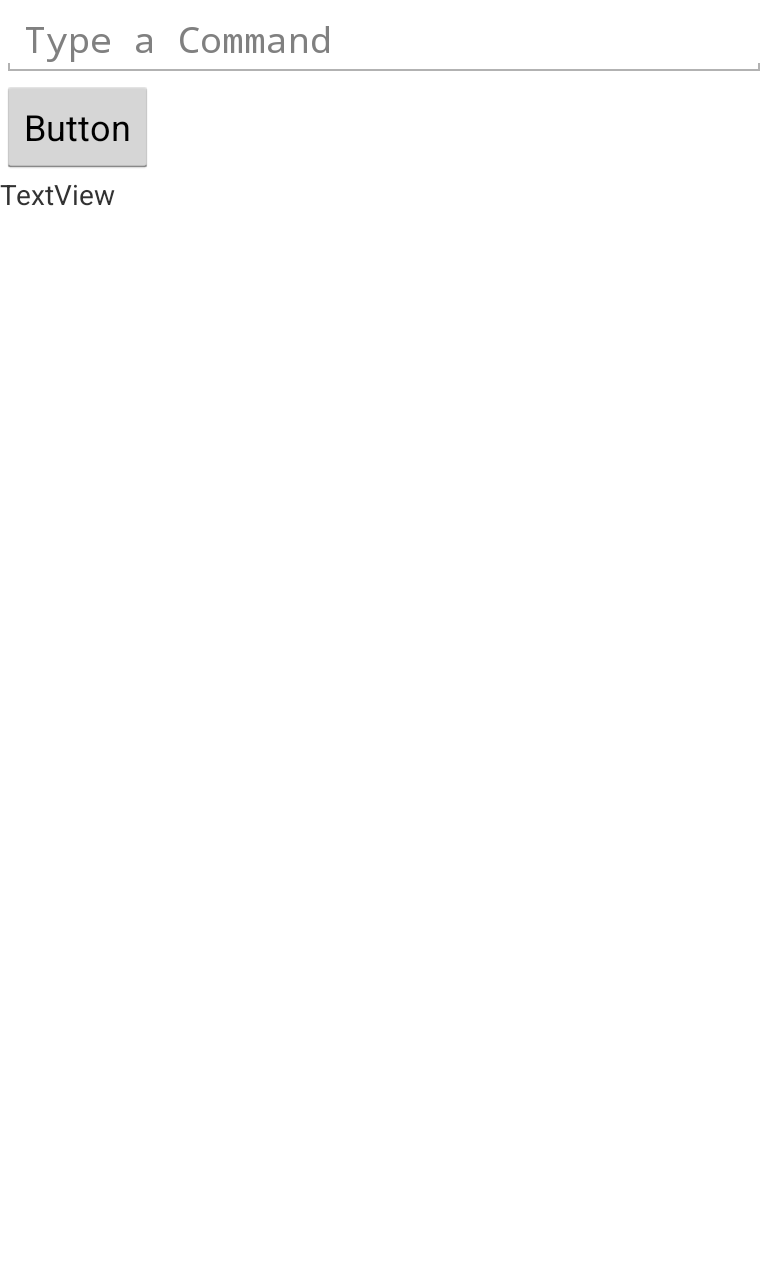
Repository: lcbasu/android
Layout: adt/TheNewBoston/res/layout/text.xml
An editor plug-in stored every save of this project. The layout is shown before and after the next save, followed by the edit.
It is drawn on a 768 x 1280 px phone screen (xhdpi) without system bars, with theme AppTheme; the app's code is not run.

Above is the layout before, as saved 2014-05-19 05:49:34.

### adt/TheNewBoston/res/layout/text.xml
<?xml version="1.0" encoding="utf-8"?>
<LinearLayout xmlns:android="http://schemas.android.com/apk/res/android"
    android:layout_width="match_parent"
    android:layout_height="match_parent"
    android:orientation="vertical" >

    <EditText
        android:id="@+id/etCommands"
        android:layout_width="fill_parent"
        android:layout_height="wrap_content"
        android:hint="Type a Command"
        android:password="true" />

    <Button
        android:id="@+id/button1"
        android:layout_width="wrap_content"
        android:layout_height="wrap_content"
        android:text="Button" />

    <TextView
        android:id="@+id/textView1"
        android:layout_width="wrap_content"
        android:layout_height="wrap_content"
        android:text="TextView" />

</LinearLayout>

Loaded but not shown: adt/TheNewBoston/res/values/styles.xml (common file); adt/TheNewBoston/res/values-v11/styles.xml (common file); adt/TheNewBoston/res/values-v14/styles.xml (common file)

After the next save:
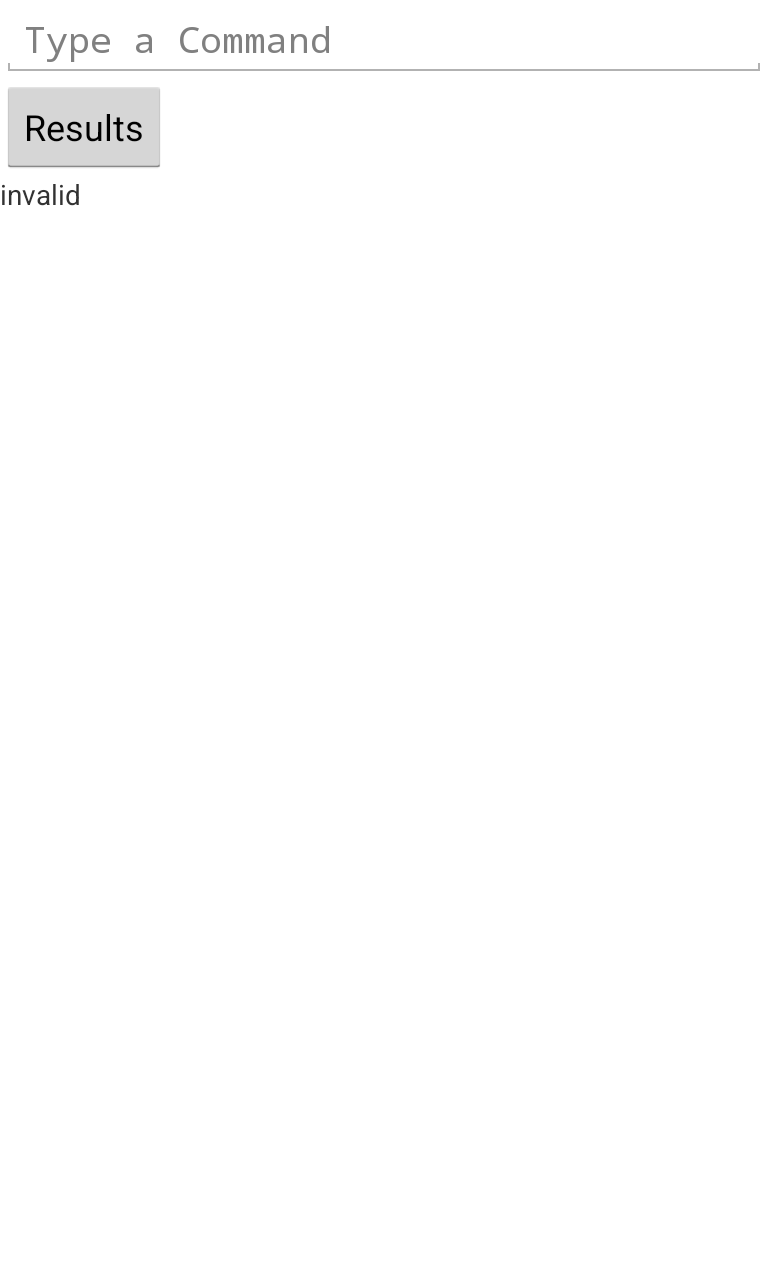
Saved 83 s later.
--- a/adt/TheNewBoston/res/layout/text.xml
+++ b/adt/TheNewBoston/res/layout/text.xml
@@ -12,15 +12,15 @@
         android:password="true" />
 
     <Button
-        android:id="@+id/button1"
+        android:id="@+id/bResults"
         android:layout_width="wrap_content"
         android:layout_height="wrap_content"
-        android:text="Button" />
+        android:text="Results" />
 
     <TextView
-        android:id="@+id/textView1"
+        android:id="@+id/tvResults"
         android:layout_width="wrap_content"
         android:layout_height="wrap_content"
-        android:text="TextView" />
+        android:text="invalid" />
 
 </LinearLayout>
